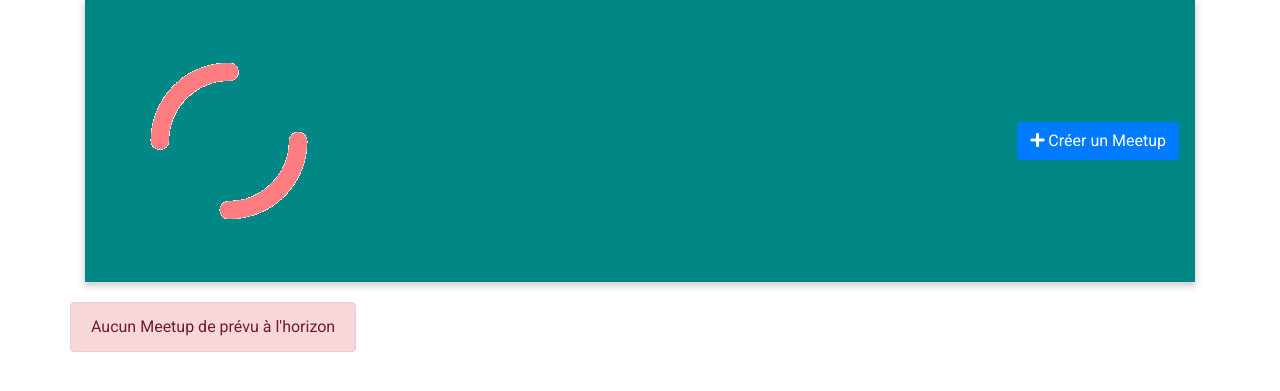
Repository: Symfomany/backandfront
Page: / (app in front/)
The author's editor kept a copy of each file at every save. The page is drawn from the files as they stood at one save, then again after the next save.
The browser window is 1280 px wide. The pictures show the whole page.
The page's requests for data from a server got no answer. Some web libraries are served in a nearby version. The project was rebuilt for these pictures with package versions that can differ from the ones it lists, and the page was loaded fresh each time. No one was signed in, and anything a server would have sent is missing. Also part of the build but not shown: front/src/Meetup.css, front/src/Meetup.js, front/src/FormMeetup.js, front/src/App.css.

Above is the page before, as saved 2018-05-28 20:36:21.

### front/public/index.html
<!DOCTYPE html>
<html lang="en">

<head>
  <meta charset="utf-8">
  <meta name="viewport" content="width=device-width, initial-scale=1, shrink-to-fit=no">
  <meta name="theme-color" content="#000000">
  <!--
      manifest.json provides metadata used when your web app is added to the
      homescreen on Android. See https://developers.google.com/web/fundamentals/engage-and-retain/web-app-manifest/
    -->
  <link rel="manifest" href="%PUBLIC_URL%/manifest.json">
  <link rel="shortcut icon" href="%PUBLIC_URL%/favicon.ico">
  <!--
      Notice the use of %PUBLIC_URL% in the tags above.
      It will be replaced with the URL of the `public` folder during the build.
      Only files inside the `public` folder can be referenced from the HTML.

      Unlike "/favicon.ico" or "favicon.ico", "%PUBLIC_URL%/favicon.ico" will
      work correctly both with client-side routing and a non-root public URL.
      Learn how to configure a non-root public URL by running `npm run build`.
    -->
  <title>React App</title>
  <link rel="stylesheet" href="https://use.fontawesome.com/releases/v5.0.13/css/all.css" />
  <link href="https://fonts.googleapis.com/css?family=Roboto:100,300,400,500,700,700i,900i" rel="stylesheet">



</head>

<body>
  <noscript>
    You need to enable JavaScript to run this app.
  </noscript>
  <div id="root"></div>
  <!--
      This HTML file is a template.
      If you open it directly in the browser, you will see an empty page.

      You can add webfonts, meta tags, or analytics to this file.
      The build step will place the bundled scripts into the <body> tag.

      To begin the development, run `npm start` or `yarn start`.
      To create a production bundle, use `npm run build` or `yarn build`.
    -->
</body>

</html>

### front/src/index.js
import React from "react";
import ReactDOM from "react-dom";
import App from "./App";
import registerServiceWorker from "./registerServiceWorker";
import "./index.css";
import "bootstrap/dist/css/bootstrap.min.css";
import { BrowserRouter } from "react-router-dom";

ReactDOM.render(
  <BrowserRouter>
    <App />
  </BrowserRouter>,
  document.getElementById("root")
);
registerServiceWorker();

### front/src/App.js
import React, { Component } from "react";
import Liste from "./Liste";
import FormMeetup from "./FormMeetup";
import Navbar from "./Navbar";
import ajax from "./config"; // configuration of Ajax
import { Route } from "react-router-dom";
import "./App.css";
/**
 * Class App
 */
class App extends Component {
  /**
   * Constructor
   */
  constructor(props) {
    super(props);
    this.state = {
      meetups: []
    };
    this.refresh = this.refresh.bind(this);
  }

  /**
   * Fetch api
   * Une fois que le composant est monté
   */
  componentDidMount() {
    ajax.get("/liste").then(res => this.setState({ meetups: res.data }));
  }

  /**
   * Refresh all meetups after actions
   */
  refresh(meetups) {
    this.setState({
      meetups
    });
  }

  /**
   * Render App
   */
  render() {
    /**
     * Syntaxe Fonctionnelle d'un composant
     * Différent rendus de composant avec props
     * (HOC simple)
     */
    const MyListe = props => {
      return (
        <Liste refresh={this.refresh} meetups={this.state.meetups} {...props} />
      );
    };
    const MeetupForm = props => {
      return <FormMeetup refresh={this.refresh} {...props} />;
    };

    return (
      <div className="container">
        <Navbar />

        {/* Declarations of Routes  --> */}

        <Route exact path="/" render={MyListe} />
        <Route path="/create" render={MeetupForm} />
        <Route path="/update/:id" render={MeetupForm} />
      </div>
    );
  }
}

export default App;

### front/src/index.css
body {
  font-family: "Roboto", sans-serif !important;
}

### front/src/Liste.js
import React, { Component } from "react";
import ajax from "./config";
import Meetup from "./Meetup";
import "./Liste.css";
import { Link } from "react-router-dom";

class Liste extends Component {
  constructor(props) {
    super(props);
    this.state = {};
    this.remove = this.remove.bind(this);
  }

  update(meetup) {
    this.props.history.push({
      pathname: "/create",
      update: true,
      state: { meetup }
    });
  }

  remove(meetup) {
    ajax
      .get(`/remove/${meetup.id}`)
      .then(response => {
        this.props.refresh(response.data);
      })
      .catch(e => alert("Erreur, veuillez réessayer plus tard"));
  }

  render() {
    return (
      <div>
        <div className="row">
          {this.props.meetups.length === 0 && (
            <div className="alert alert-danger">
              Aucun Meetup de prévu à l'horizon
            </div>
          )}
          {this.props.meetups.length > 0 &&
            this.props.meetups.map(meetup => (
              <Meetup remove={this.remove} meetup={meetup} key={meetup.id} />
            ))}
        </div>
      </div>
    );
  }
}

export default Liste;

### front/src/Navbar.js
import React, { Component } from "react";
import Profil from "./Profil";
import { Link } from "react-router-dom";

import "./Navbar.css";
class Navbar extends Component {
  constructor(props) {
    super(props);
    this.state = {};
  }
  render() {
    return (
      <nav className="navbar ">
        <a className="navbar-brand" href="#">
          <Profil />
        </a>
        <Link to="/create" className="btn btn-primary">
          <i className="fa fa-plus" /> Créer un Meetup
        </Link>
      </nav>
    );
  }
}

export default Navbar;

### front/src/config.js
import axios from "axios";

const ajax = axios.create({
  baseURL: "http://localhost:4000/api",
  timeout: 10000
});

export default ajax;

### front/src/Liste.css
div.item {
  padding: 10px;
  margin: 10px;
  border: 1px solid #eee;
}
div.item h4 {
  color: brown;
  font-size: 24px;
}
div.item p {
  text-align: justify;
}
.row {
  margin-right: 0px;
  margin-left: 0px;
}

### front/src/Profil.js
import React, { Component } from "react";
import ajax from "./config";
import Loader from "./Loader";

class Profil extends Component {
  /**
 * Init
 */
  constructor(props) {
    super(props);
    this.state = {
      profil: {}
    };
  }

  /**
     * fetch api
     */
  componentDidMount() {
    ajax.get("/").then(res => this.setState({ profil: res.data }));
    ajax.get("/liste").then(res => this.setState({ meetups: res.data }));
  }

  /**
   *
   */
  render() {
    return this.state.profil.username ? (
      <h4>Bonjour {this.state.profil.username}</h4>
    ) : (
      <Loader />
    );
  }
}

export default Profil;

### front/src/Navbar.css
nav.navbar {
  margin-bottom: 20px;
  box-shadow: 0px 3px 7px 1px rgba(0, 0, 0, 0.2);
  background-color: #018786;
}
nav.navbar a {
  color: white;
}

### front/src/Loader.js
import React, { Component } from "react";

import loader from "./loader.gif";

class Loader extends Component {
  constructor(props) {
    super(props);
    this.state = {};
  }
  render() {
    return <img src={loader} />;
  }
}

export default Loader;

Loaded but not shown: front/src/registerServiceWorker.js (common file)

After the next save:
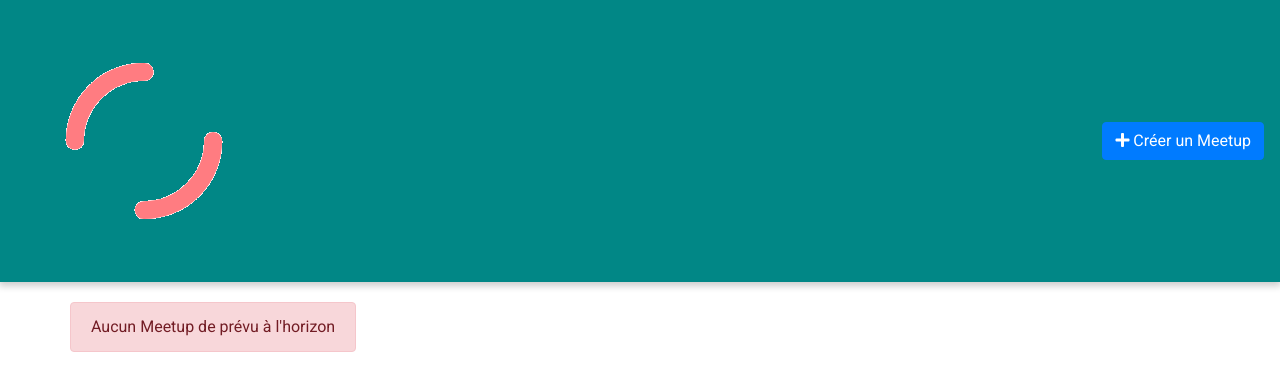
Saved 51 s later.
--- a/front/src/App.js
+++ b/front/src/App.js
@@ -56,14 +56,16 @@
     };
 
     return (
-      <div className="container">
+      <div>
         <Navbar />
 
-        {/* Declarations of Routes  --> */}
+        <div className="container">
+          {/* Declarations of Routes  --> */}
 
-        <Route exact path="/" render={MyListe} />
-        <Route path="/create" render={MeetupForm} />
-        <Route path="/update/:id" render={MeetupForm} />
+          <Route exact path="/" render={MyListe} />
+          <Route path="/create" render={MeetupForm} />
+          <Route path="/update/:id" render={MeetupForm} />
+        </div>
       </div>
     );
   }
